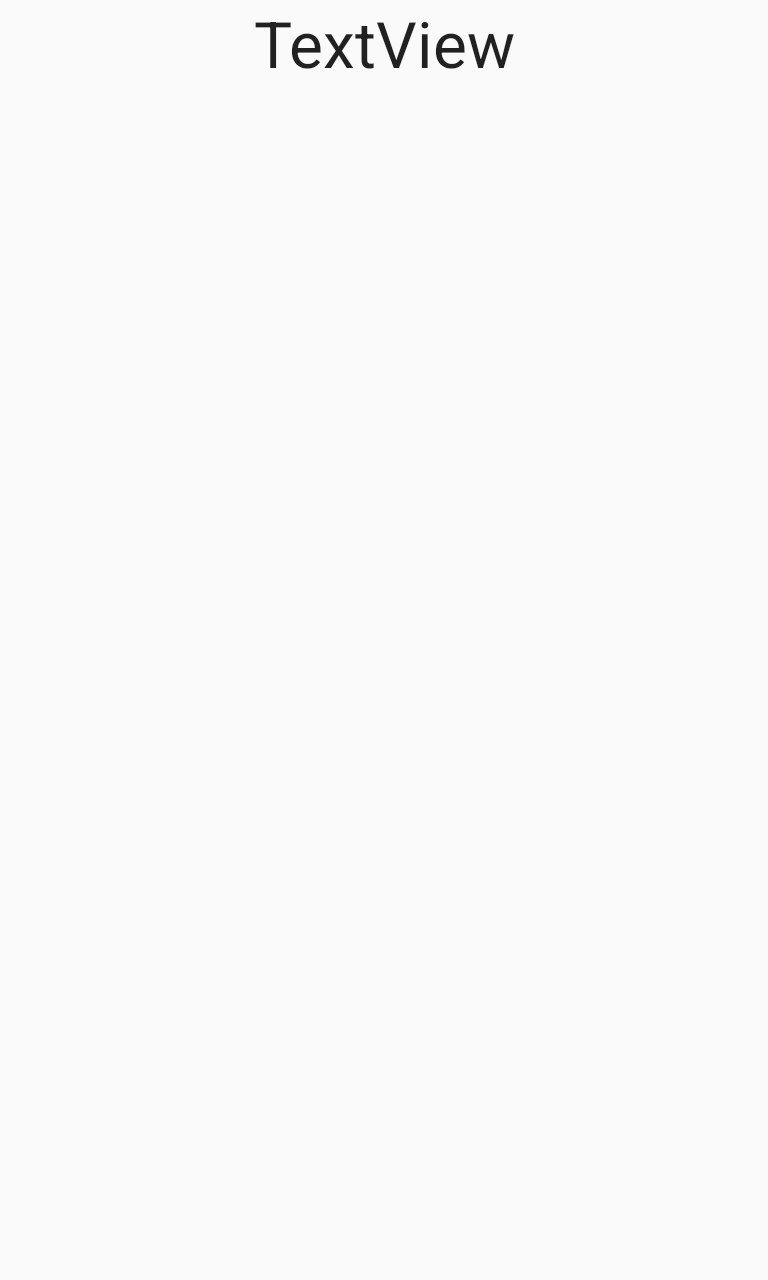
Repository: cjsatuforc/Bobina
Layout: source/android/Bobina/res/layout/main_layout.xml
The author's editor kept a copy of each file at every save. The layout is drawn from the files as they stood at one save, then again after the next save.
It is drawn on a 768 x 1280 px phone screen (xhdpi) without system bars, with theme AppTheme; the app's code is not run. The app's manifest (not shown) leaves right-to-left support off. So textAlignment, textDirection and layoutDirection are ignored, and left and right values win over start and end ones.

Above is the layout before, as saved 2015-04-25 23:13:14.

### source/android/Bobina/res/layout/main_layout.xml
<?xml version="1.0" encoding="utf-8"?>
<RelativeLayout xmlns:android="http://schemas.android.com/apk/res/android"
    android:layout_width="match_parent"
    android:layout_height="match_parent" >

    <TextView
        android:id="@+id/textView1"
        style="@style/AppTitle"
        android:layout_width="wrap_content"
        android:layout_height="wrap_content"
        android:layout_alignParentLeft="true"
        android:layout_alignParentRight="true"
        android:text="TextView" />

</RelativeLayout>

### source/android/Bobina/res/values-v11/styles.xml
<resources xmlns:android="http://schemas.android.com/apk/res/android">

    <!--
        Base application theme for API 11+. This theme completely replaces
        AppBaseTheme from res/values/styles.xml on API 11+ devices.
    -->
    <style name="AppBaseTheme" parent="Theme.AppCompat.Light">
        <!-- API 11 theme customizations can go here. -->
    </style>

    <!-- Titles of project -->
    <style name="AppTitle" parent="AppBaseTheme">
        <item name="android:textSize">32sp</item>
        <item name="android:textAlignment">center|center</item>
        <item name="android:gravity">center</item>
    </style>

</resources>

### source/android/Bobina/res/values/strings.xml
<?xml version="1.0" encoding="utf-8"?>
<resources>

    <string name="app_name">Bobina</string>
    <string name="hello_world">Hello world!</string>
    <string name="action_settings">Settings</string>
    <string name="main_title_disconnected">Robot disconnected, please connect</string>

</resources>

Loaded but not shown: source/android/Bobina/res/values/styles.xml (common file); source/android/Bobina/res/values-v14/styles.xml (common file)

After the next save:
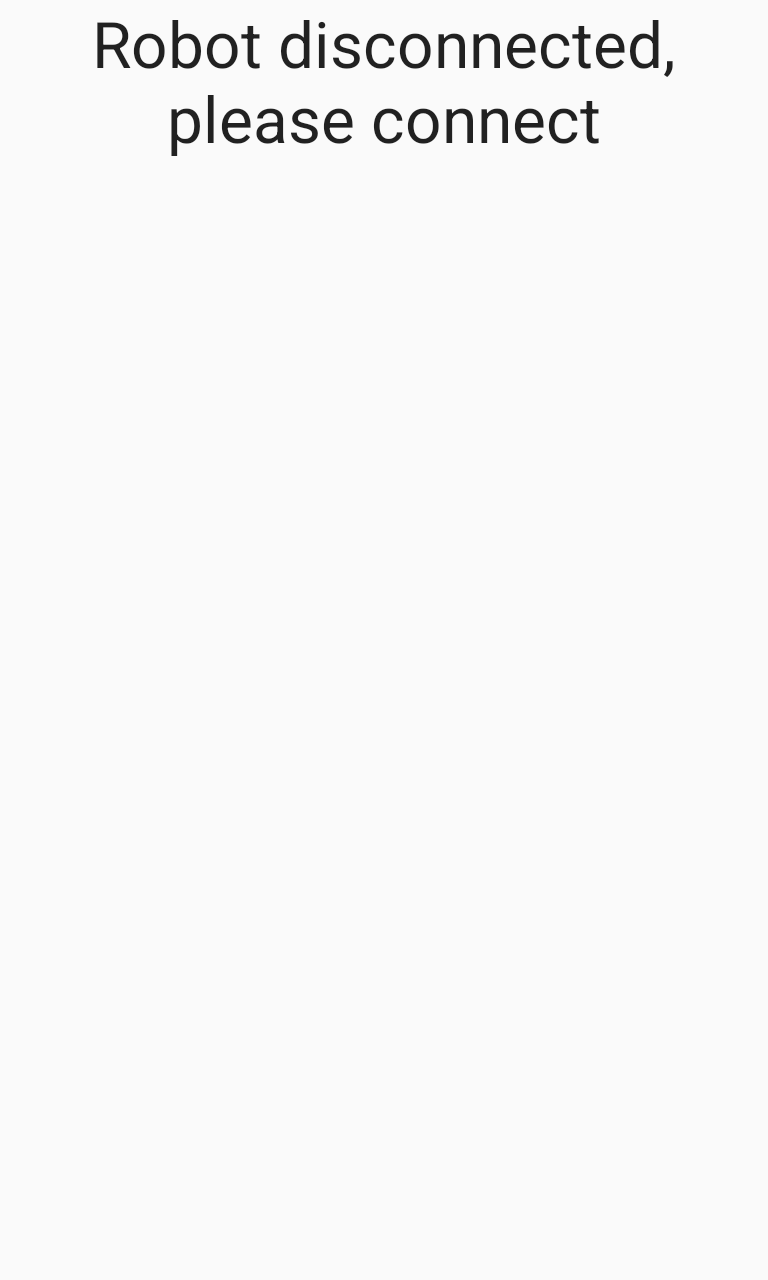
Saved 4 s later.
--- a/source/android/Bobina/res/layout/main_layout.xml
+++ b/source/android/Bobina/res/layout/main_layout.xml
@@ -10,6 +10,6 @@
         android:layout_height="wrap_content"
         android:layout_alignParentLeft="true"
         android:layout_alignParentRight="true"
-        android:text="TextView" />
+        android:text="@string/main_title_disconnected" />
 
 </RelativeLayout>
